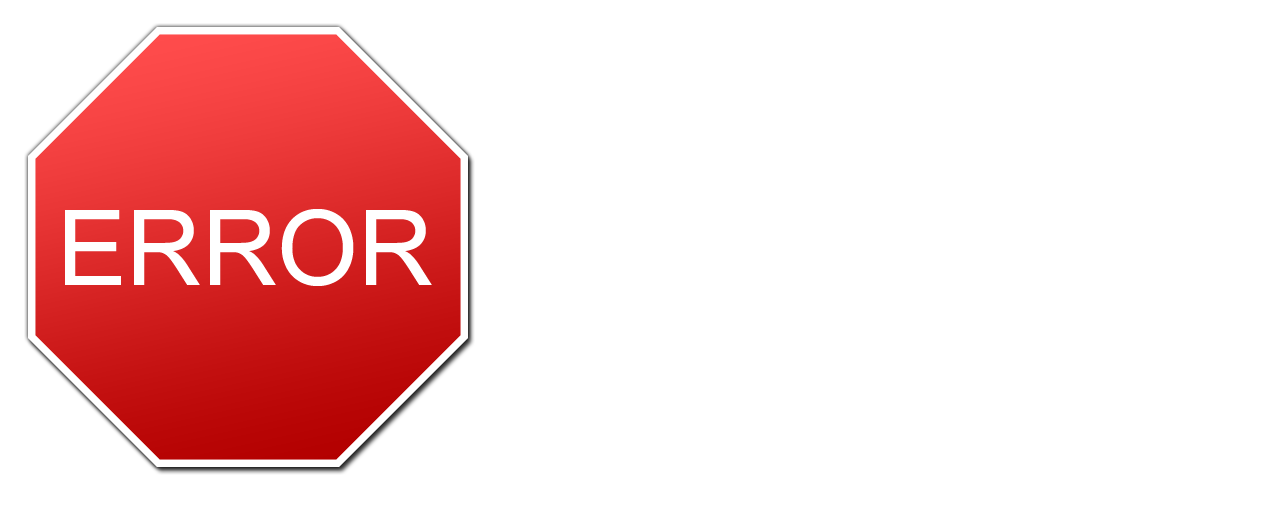
Repository: AhimshaMudbari/JSP_and_Servlet
Page: http://localhost/ExceptionHandlingJSP/Error.jsp
The author's editor kept a copy of each file at every save. The page is drawn from the files as they stood at one save, then again after the next save.
The browser window is 1280 px wide. The pictures show the whole page.
The page is served by Tomcat 9.

Above is the page before, as saved 2022-06-12 07:41:39.

After the next save:
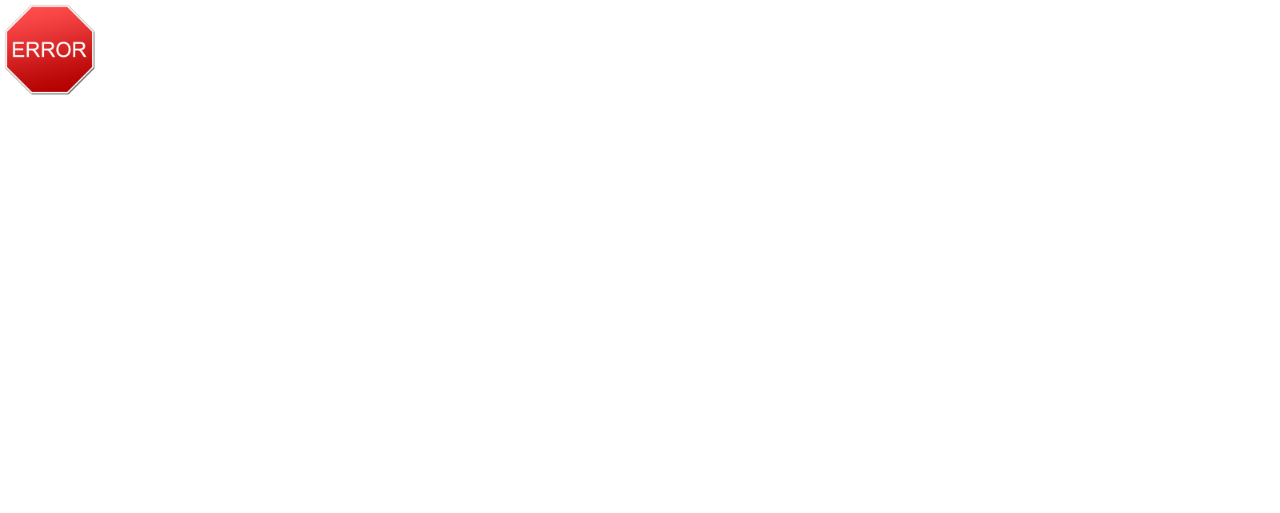
Saved 22 s later.
--- a/ExceptionHandlingJSP/src/main/webapp/Error.jsp
+++ b/ExceptionHandlingJSP/src/main/webapp/Error.jsp
@@ -8,6 +8,6 @@
 <title>Insert title here</title>
 </head>
 <body style="margin: auto;">
-<img src="err.png" >
+<img src="err.png" height=100>
 </body>
 </html>
